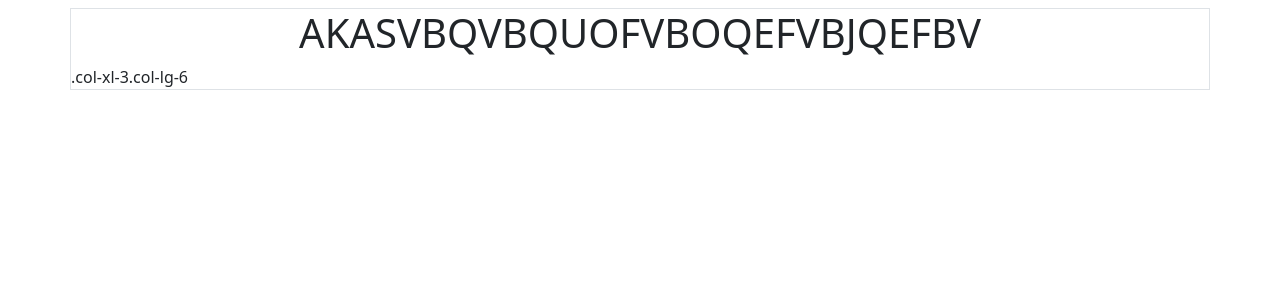
Repository: LASCLUu/Desenvolvimento-Web-Mobile-e-Jogos
Page: / (app in react-componentes-props/)
An editor plug-in stored every save of this project. The page is shown before and after a run of saves, followed by the edit.
The browser window is 1280 px wide. The pictures show the whole page.
The project was rebuilt for these pictures with package versions that can differ from the ones it lists, and the page was loaded fresh each time.

Above is the page before, as saved 2024-09-23 21:35:50.

After the next 2 saves:
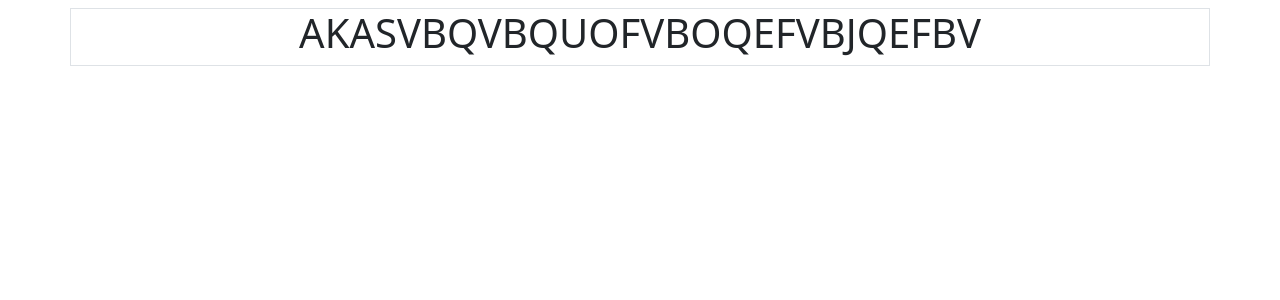
The 2 saves are shown as one change because they came seconds apart.
The last was saved 24 s later.
--- a/react-componentes-props/src/index.js
+++ b/react-componentes-props/src/index.js
@@ -11,8 +11,8 @@ const App = () => {
                     <h1 className='text-center'>AKASVBQVBQUOFVBOQEFVBJQEFBV</h1>
                 </div>
             </div>
-            <div className='row'>
-                .col-xl-3.col-lg-6
+            <div className='.col-xl-3.col-lg-6'>
+
             </div>
         </div>
     )
